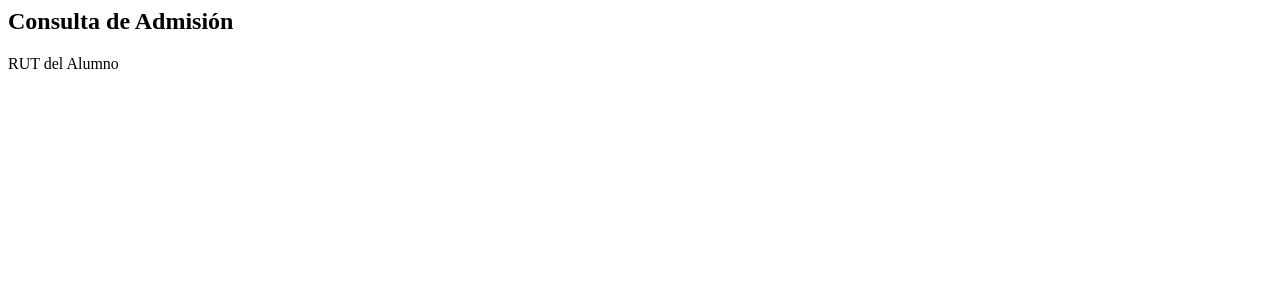
Repository: MatiNicolasur/Academia-de-matematicas
Page: frontend/src/app/pages/admision/admision.html
These files come from the project's save history. The page is drawn as it stood at one moment and after a run of saves; the edit follows.
The browser window is 1280 px wide. The pictures show the whole page.

Above is the page before, as saved 2025-11-13 03:01:13.

### frontend/src/app/pages/admision/admision.html
<div class="admision-container">

    <h2>Consulta de Admisión</h2>

    <form [formGroup]="rutForm" (ngSubmit)="enviar()" class="rut-form">

        <label>RUT del Alumno</label>
    </form>
</div>

After the next 3 saves:
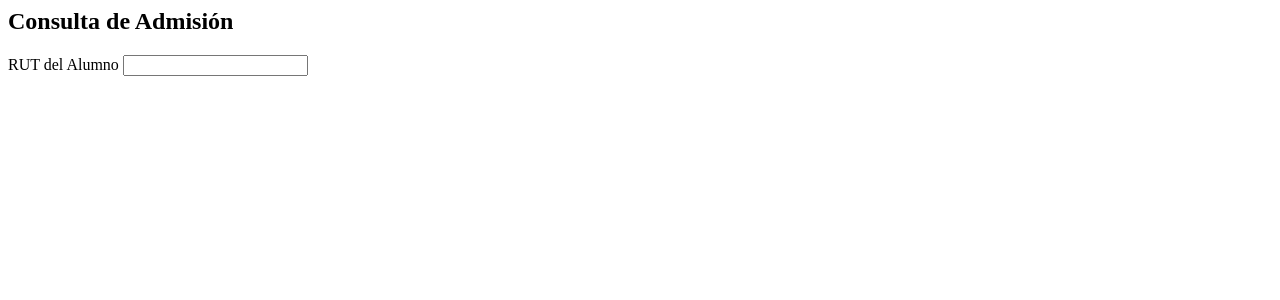
The 3 saves are shown as one change because they came seconds apart.
The last was saved 9 s later.
--- a/frontend/src/app/pages/admision/admision.html
+++ b/frontend/src/app/pages/admision/admision.html
@@ -5,5 +5,6 @@
     <form [formGroup]="rutForm" (ngSubmit)="enviar()" class="rut-form">
 
         <label>RUT del Alumno</label>
+        <input type="text"
     </form>
 </div>
